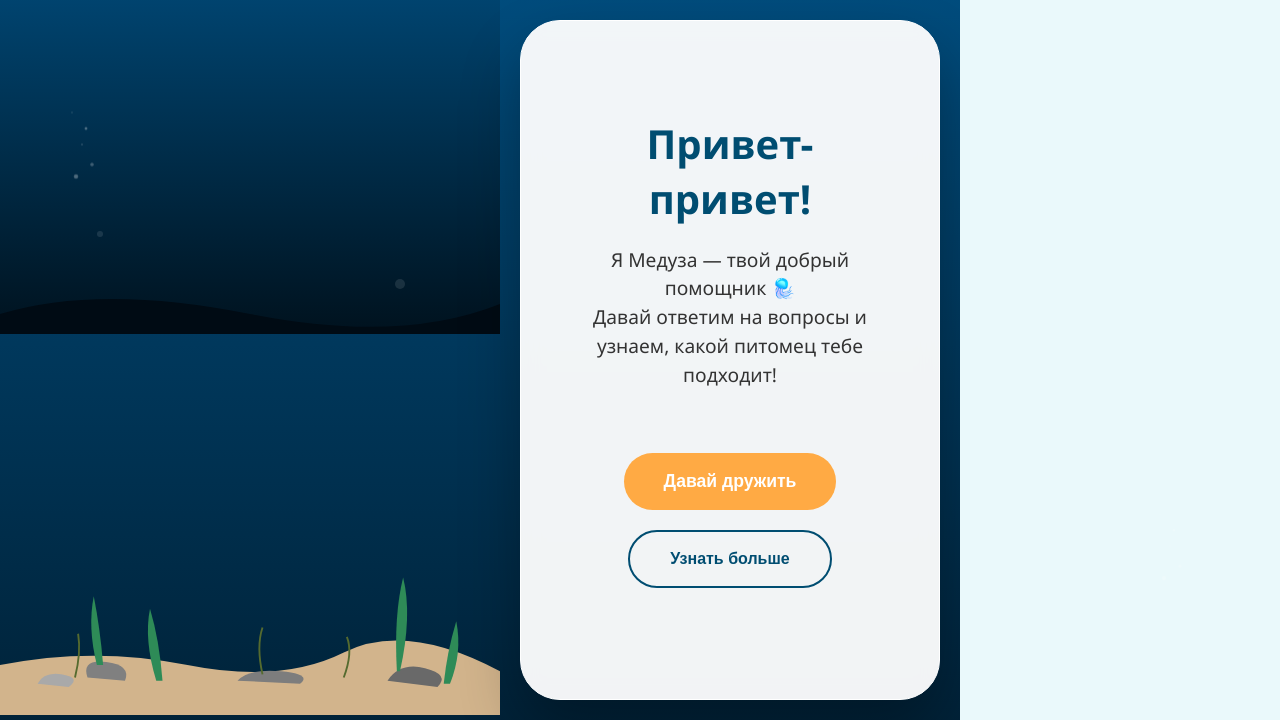
Repository: HOADF/kids-career-world
Page: index.html
An editor plug-in stored every save of this project. The page is shown before and after the next save, followed by the edit.
The browser window is 1280 px wide. The pictures show the whole page.

Above is the page before, as saved 2026-03-13 19:47:33.

### index.html
<!doctype html>
<html lang="ru">
<head>
  <meta charset="utf-8" />
  <meta name="viewport" content="width=device-width,initial-scale=1" />
  <title>Kids Career World</title>
  <link rel="stylesheet" href="style.css">
  <link rel="stylesheet" href="animations.css">
  <script type="module" src="script.js"></script>
</head>
<body>

  <div class="ocean-frame" aria-hidden="true">
    <img src="backgrounds/ocean.svg" class="layer-bg">
    <img src="backgrounds/ocean_floor.svg" class="layer-floor">

    <img src="pets/jellyfish.svg" class="jelly-svg" id="main-pet-image">

    <img src="fx/bubbles.svg" class="bubble-stream stream-1">
    <img src="fx/bubbles.svg" class="bubble-stream stream-2">
  </div>

  <main class="page-root">

    <section id="welcome-card" class="welcome-card">
      <h1>Привет-привет!</h1>
      <p class="lead">
        Я Медуза — твой добрый помощник 🪼<br>
        Давай ответим на вопросы и узнаем, какой питомец тебе подходит!
      </p>
      <div class="controls" style="display: flex; gap: 20px; justify-content: center; margin-top: 40px;">
        <button id="start-quiz" class="btn-primary">Давай дружить</button>
        <button id="learn-more" class="btn-ghost">Узнать больше</button>
      </div>
    </section>

    <section id="questions-section" class="questions-card hidden">
      <div id="progress">Вопрос <span id="q-index">1</span> из <span id="q-total">5</span></div>
      <h2 id="question-title" style="margin: 30px 0;">Загрузка...</h2>
      <div id="answers" style="display: grid; gap: 15px;"></div>
      <button id="btn-back" class="btn-ghost" style="margin-top: 30px;">◀ Назад</button>
    </section>

  </main>

</body>
</html>

### style.css
/* Главный файл стилей — "Оглавление" */
@import url('base.css');
@import url('components.css');
@import url('animations.css');
@import url('games-list.css');

### animations.css
/* ОБЩИЙ ФОН ДЛЯ ВСЕГО САЙТА */
body {
  margin: 0;
  padding: 0;
  width: 100vw;
  height: 100vh;
  overflow: hidden; /* Чтобы не было полос прокрутки */
  font-family: 'Segoe UI', sans-serif;

  /* Ставим картинку океана фоном всего документа */
  background: url('backgrounds/ocean.svg') no-repeat center center fixed;
  background-size: cover;
  display: flex;
  justify-content: center;
  align-items: center;
}

/* ДНО ОКЕАНА (фиксируем снизу) */
.ocean-floor-global {
  position: fixed;
  bottom: 0;
  left: 0;
  width: 100%;
  height: auto;
  pointer-events: none;
  z-index: 1;
}

/* МЕДУЗА (плавает за карточкой) */
.jelly-global {
  position: fixed;
  left: 10%;
  top: 20%;
  width: 200px;
  z-index: 2;
  animation: petFloat 6s ease-in-out infinite;
}

@keyframes petFloat {
  0%, 100% { transform: translateY(0) rotate(-2deg); }
  50% { transform: translateY(-30px) rotate(2deg); }
}

/* ПУЗЫРЬКИ (на весь экран) */
.bubble-stream {
  position: fixed;
  bottom: -100px;
  width: 40px;
  opacity: 0.4;
  z-index: 3;
}
.stream-1 { left: 5%; animation: rise 10s infinite; }
.stream-2 { left: 90%; animation: rise 15s infinite 2s; }

@keyframes rise {
  0% { transform: translateY(0); opacity: 0; }
  50% { opacity: 0.6; }
  100% { transform: translateY(-110vh); opacity: 0; }
}

/* СТЕКЛЯННАЯ КАРТОЧКА */
.page-root {
  position: relative;
  z-index: 10; /* Карточка всегда поверх фона */
  width: 100%;
  max-width: 600px;
  padding: 20px;
}

.welcome-card, .questions-card, .result-card {
  background: rgba(255, 255, 255, 0.95); /* Почти белая, но чуть прозрачная */
  backdrop-filter: blur(10px);
  border-radius: 40px;
  padding: 50px;
  text-align: center;
  box-shadow: 0 30px 60px rgba(0,0,0,0.3);
  border: 1px solid white;
}

h1 { color: #004d71; font-size: 2.5rem; margin: 0 0 20px; }
.lead { color: #333; font-size: 1.2rem; line-height: 1.5; }

.btn-primary {
  background: #ffaa44;
  color: white;
  border: none;
  padding: 18px 40px;
  border-radius: 50px;
  font-weight: bold;
  cursor: pointer;
  font-size: 1.1rem;
}

.btn-ghost {
  background: transparent;
  color: #004d71;
  border: 2px solid #004d71;
  padding: 18px 40px;
  border-radius: 50px;
  font-weight: bold;
}

.hidden { display: none !important; }

### script.js
import { petAssets } from './config.js';
import { QuizManager } from './quiz.js';

document.addEventListener('DOMContentLoaded', () => {
    const quiz = new QuizManager();

    // Элементы интерфейса
    const welcomeCard = document.getElementById('welcome-card');
    const questionsSection = document.getElementById('questions-section');
    const resultSection = document.getElementById('result-section');
    const petRoom = document.getElementById('pet-room');

    // Кнопки
    const startBtn = document.getElementById('start-quiz');
    const btnRestart = document.getElementById('restart');
    const btnContinue = document.getElementById('continue');
    const btnBack = document.getElementById('btn-back');

    // Поля теста
    const qTitle = document.getElementById('question-title');
    const qAnswers = document.getElementById('answers');
    const qIndexEl = document.getElementById('q-index');
    const qTotalEl = document.getElementById('q-total');

    // Поля результата
    const resultPet = document.getElementById('result-pet');
    const resultGames = document.getElementById('result-games');
    const resultTitle = document.getElementById('result-title');

    // Слои мира (динамический фон)
    const bgImg = document.getElementById('bg-img');
    const floorImg = document.getElementById('floor-img');
    const mainPetImg = document.getElementById('pet-img');

    // 1. ПРОВЕРКА ВХОДА
    if (localStorage.getItem('childName') && petRoom) {
        welcomeCard?.classList.add('hidden');
        petRoom.classList.remove('hidden');
    }

    // 2. СБОРКА SVG ПИТОМЦА
    function assemblePet(type, markType = 'heart') {
        const body = petAssets.bodies[type] || petAssets.bodies['artist'];
        const mark = petAssets.marks[markType] || "";
        return `
        <svg viewBox="0 0 200 200" style="width:100%; height:100%;">
          ${body}
          <g class="accessory-layer">${mark}</g>
        </svg>`;
    }

    // 3. ОБНОВЛЕНИЕ ВИЗУАЛА МИРА
    function updateWorld(worldData, petType) {
        if (!worldData) return;

        // Плавная смена через прозрачность (если добавить transition в CSS)
        if (bgImg) bgImg.src = worldData.bg;
        if (floorImg) floorImg.src = worldData.floor;

        // Меняем главного персонажа на фоне
        if (mainPetImg) {
            mainPetImg.src = `pets/${petType}.svg`;
            // Если используешь SVG сборку для фона:
            // mainPetImg.parentElement.innerHTML = assemblePet(petType);
        }
    }

    // 4. ОТОБРАЖЕНИЕ ВОПРОСА
    function renderQuestion() {
        const q = quiz.getCurrentQuestion();
        const progress = quiz.getProgress();

        qIndexEl.textContent = progress.current;
        qTotalEl.textContent = progress.total;
        qTitle.textContent = q.text;
        qAnswers.innerHTML = '';

        q.answers.forEach(ans => {
            const btn = document.createElement('button');
            btn.className = 'answer-btn btn-primary'; // Используем наши новые стили
            btn.style.margin = "5px";
            btn.textContent = ans.text;

            btn.onclick = () => {
                const step = quiz.nextQuestion(ans.type);
                if (step.finished) {
                    showResult(step.result);
                } else {
                    renderQuestion();
                }
            };
            qAnswers.appendChild(btn);
        });

        if (btnBack) btnBack.disabled = progress.current === 1;
    }

    function showResult(result) {
        questionsSection.classList.add('hidden');
        resultSection.classList.remove('hidden');

        // Меняем фон и персонажа под результат
        updateWorld(result.data.world, result.type);

        resultTitle.textContent = `Твой друг: ${result.data.pet}`;
        resultPet.innerHTML = assemblePet(result.type, 'heart');
        resultGames.textContent = result.data.games;
    }

    // 5. СОБЫТИЯ
    startBtn?.addEventListener('click', () => {
        welcomeCard.classList.add('hidden');
        questionsSection.classList.remove('hidden');
        renderQuestion();
    });

    btnBack?.addEventListener('click', () => {
        if (quiz.prevQuestion()) renderQuestion();
    });

    btnRestart?.addEventListener('click', () => {
        quiz.reset();
        resultSection.classList.add('hidden');
        welcomeCard.classList.remove('hidden');
        // Возвращаем стандартный фон океана
        if (bgImg) bgImg.src = 'backgrounds/ocean.svg';
        if (floorImg) floorImg.src = 'backgrounds/ocean_floor.svg';
    });

    btnContinue?.addEventListener('click', () => {
        localStorage.setItem('childName', 'Друг');
        location.reload();
    });
});

### base.css
/* ---------- Базовые стили ---------- */
:root {
  --color-bg: #eaf9fb;
  --color-accent: #ffb44a;
  --color-text: #023436;
  --color-subtle: #0b6b6f;
  --color-white: #ffffff;
  --transition-fast: 0.3s ease;
  --transition-slow: 0.6s ease;
}

* {
  box-sizing: border-box;
  margin: 0;
  padding: 0;
}

html, body {
  width: 100%;
  height: 100%;
  font-family: system-ui, "Segoe UI", Roboto, sans-serif;
  color: var(--color-text);
  background-color: var(--color-bg);
  overflow-x: hidden;
}

.hidden {
  display: none !important;
}

.background-decor {
  position: fixed;
  top: 0;
  left: 0;
  width: 100%;
  height: 100%;
  background: linear-gradient(180deg, #eaf9fb 0%, #f8ffff 100%);
  z-index: -1;
}

.page-root {
  display: flex;
  flex-direction: column;
  align-items: center;
  justify-content: center;
  padding: 2rem;
  min-height: 100vh;
}

/* 📱 АДАПТИВНОСТЬ ПОД УСТРОЙСТВА */
@media (max-width: 700px) {
  .welcome-card { padding: 1.5rem; }
  .welcome-inner { flex-direction: column; text-align: center; }
  .controls { justify-content: center; }
}

@media (max-width: 480px) {
  body { font-size: 14px; padding: 0.5rem; }
  .welcome-card, .questions-card, .result-card { padding: 1rem; border-radius: 1rem; }
  .welcome-card h1 { font-size: 1.4rem; line-height: 1.4; }
  .welcome-text p { font-size: 0.95rem; }
  .controls { flex-direction: column; gap: 0.75rem; }
  button { width: 100%; font-size: 1rem; padding: 0.8rem; }
  .pet-visual { width: 120px; height: 120px; }
}

@media (min-width: 481px) and (max-width: 768px) {
  body { font-size: 16px; padding: 1rem; }
  .welcome-card, .questions-card, .result-card { padding: 1.5rem; }
  .welcome-card h1 { font-size: 1.8rem; }
  .welcome-text p { font-size: 1rem; }
  button { font-size: 1rem; padding: 0.9rem 1.2rem; }
  .pet-visual { width: 150px; height: 150px; }
}

@media (min-width: 769px) and (max-width: 1200px) {
  body { font-size: 18px; padding: 1.5rem; }
  .welcome-card, .questions-card, .result-card { padding: 2rem; }
  .welcome-card h1 { font-size: 2rem; }
  .pet-visual { width: 180px; height: 180px; }
}

@media (min-width: 1201px) {
  body { font-size: 20px; max-width: 960px; margin: 0 auto; }
  .welcome-card, .questions-card, .result-card { border-radius: 2rem; }
  .pet-visual { width: 200px; height: 200px; }
}

### components.css
/* ---------- Карточки и Кнопки ---------- */
.welcome-card,
.questions-card,
.result-card {
  background: var(--color-white);
  border-radius: 24px;
  box-shadow: 0 6px 20px rgba(0, 0, 0, 0.08);
  max-width: 900px;
  width: 100%;
  padding: 2rem 3rem;
  display: flex;
  flex-direction: column;
  justify-content: center;
  animation: fadeIn var(--transition-slow);
}

.welcome-inner { display: flex; align-items: center; gap: 2rem; flex-wrap: wrap; justify-content: center; }
.welcome-text { flex: 1 1 400px; text-align: left; }

h1, h2 { font-weight: 700; color: var(--color-subtle); margin-bottom: 1rem; }
.lead { font-size: 1.1rem; line-height: 1.6; margin-bottom: 1.5rem; }

.controls { display: flex; gap: 1rem; flex-wrap: wrap; margin-bottom: 1rem; }

.btn-primary, .btn-ghost {
  font-size: 1rem; border-radius: 12px; padding: 0.8rem 1.6rem;
  cursor: pointer; transition: all var(--transition-fast); border: none;
}
.btn-primary { background: var(--color-accent); color: var(--color-white); }
.btn-primary:hover { background: #ff9f1a; transform: translateY(-2px); }
.btn-ghost { background: transparent; color: var(--color-subtle); border: 2px solid var(--color-subtle); }
.btn-ghost:hover { background: var(--color-subtle); color: var(--white); transform: translateY(-2px); }

.small { padding: 0.5rem 1rem; font-size: 0.9rem; }
.meta-note { font-size: 0.9rem; color: #555; opacity: 0.8; }

/* ---------- Опрос и Результат ---------- */
.questions-inner, .result-inner { display: flex; flex-direction: column; align-items: center; gap: 1rem; }
.progress { font-size: 0.95rem; color: #666; }
.question-title { font-size: 1.2rem; text-align: center; margin-bottom: 1rem; }

.answers { display: flex; flex-direction: column; gap: 0.8rem; width: 100%; max-width: 600px; }
.answers button {
  background: var(--color-bg); border: 2px solid transparent; border-radius: 12px;
  padding: 0.8rem 1.2rem; text-align: left; transition: all var(--transition-fast); font-size: 1rem;
}
.answers button:hover { border-color: var(--color-accent); background: #fff8f0; transform: translateY(-1px); }
.answers button.selected { border-color: var(--color-accent); background: #fff1de; }

.nav-row, .result-controls { display: flex; justify-content: space-between; width: 100%; max-width: 600px; margin-top: 1rem; }
.result-pet { margin-top: 1rem; font-size: 1.1rem; }
.result-games { font-size: 1rem; color: #333; }

### games-list.css
.games-container {
  display: flex;
  flex-wrap: wrap;
  gap: 16px;
  justify-content: center;
}

.game-card {
  width: 220px;
  background: #fff;
  border-radius: 14px;
  padding: 12px;
  box-shadow: 0 6px 14px rgba(0,0,0,0.1);
  text-align: center;
}

.game-card img {
  width: 100%;
  border-radius: 10px;
}

.play-btn {
  display: inline-block;
  margin-top: 8px;
  background: #4fc3f7;
  color: #fff;
  padding: 8px 12px;
  border-radius: 8px;
  text-decoration: none;
  font-weight: bold;
}

.play-btn:hover {
  transform: translateY(-2px);
}

.level {
  color: #555;
  font-size: 14px;
  margin-top: 4px;
}

.main-layout {
  display: flex;
  justify-content: space-between;
  align-items: flex-start;
  gap: 32px;
  max-width: 1200px;
  margin: 0 auto;
  padding: 20px;
}

.welcome-card {
  flex: 1 1 50%;
  min-width: 400px;
}

.games-panel {
  flex: 1 1 50%;
  min-width: 400px;
}

.games-container {
  display: flex;
  flex-wrap: wrap;
  gap: 16px;
  justify-content: center;
}

.game-card {
  width: 200px;
  background: #fff;
  border-radius: 14px;
  padding: 12px;
  box-shadow: 0 6px 14px rgba(0,0,0,0.1);
  text-align: center;
}

### quiz.js
import { questions, results } from './config.js';

export class QuizManager {
    constructor() {
        this.currentQuestion = 0;
        this.answersGiven = [];
    }

    getCurrentQuestion() {
        return questions[this.currentQuestion];
    }

    nextQuestion(answerType) {
        this.answersGiven[this.currentQuestion] = answerType;
        if (this.currentQuestion < questions.length - 1) {
            this.currentQuestion++;
            return { finished: false };
        }
        return { finished: true, result: this.calculateResult() };
    }

    prevQuestion() {
        if (this.currentQuestion > 0) {
            this.currentQuestion--;
            return true;
        }
        return false;
    }

    calculateResult() {
        const counts = {};
        this.answersGiven.forEach(t => counts[t] = (counts[t] || 0) + 1);
        const topType = Object.keys(counts).reduce((a, b) => counts[a] > counts[b] ? a : b);
        return { type: topType, data: results[topType] };
    }

    reset() {
        this.currentQuestion = 0;
        this.answersGiven = [];
    }

    getProgress() {
        return {
            current: this.currentQuestion + 1,
            total: questions.length
        };
    }
}

Loaded but not shown: pets/jellyfish.svg (23 lines, source omitted); backgrounds/ocean_floor.svg (30 lines, source omitted); backgrounds/ocean.svg (17 lines, source omitted); fx/bubbles.svg (10 lines, source omitted); config.js (176 lines, source omitted)

After the next save:
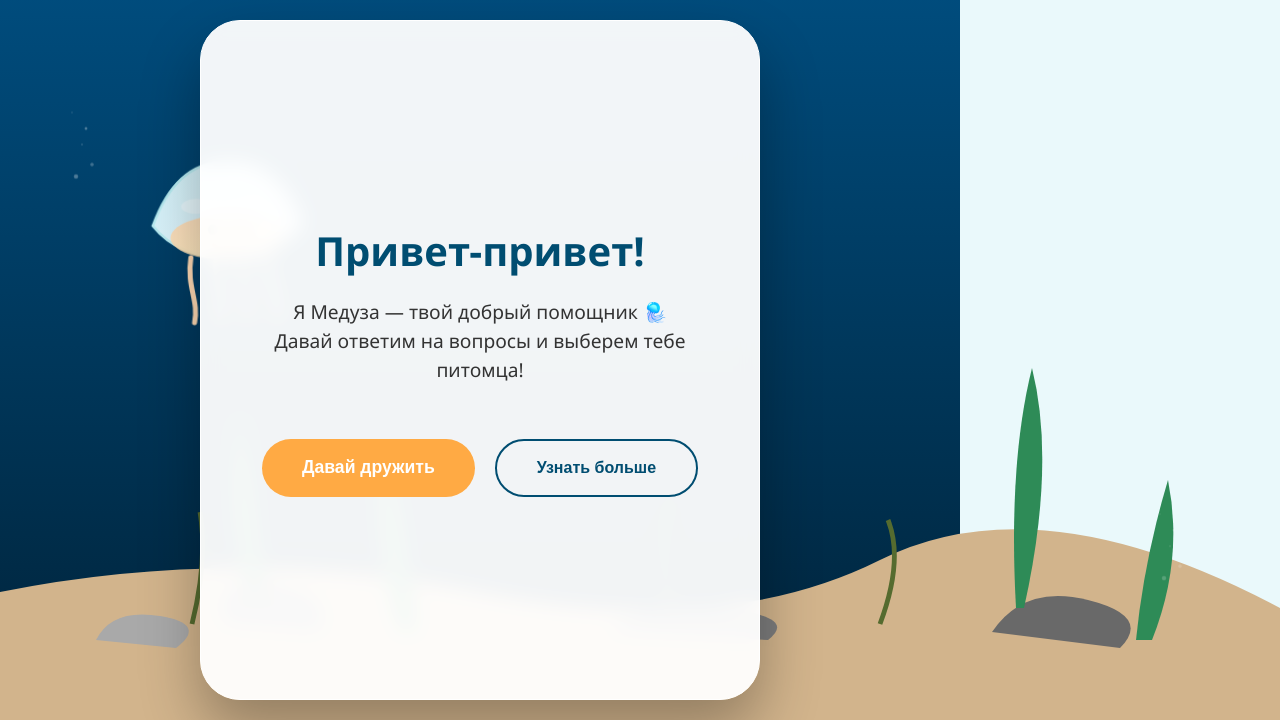
Saved 13 s later.
--- a/index.html
+++ b/index.html
@@ -10,15 +10,10 @@
 </head>
 <body>
 
-  <div class="ocean-frame" aria-hidden="true">
-    <img src="backgrounds/ocean.svg" class="layer-bg">
-    <img src="backgrounds/ocean_floor.svg" class="layer-floor">
-
-    <img src="pets/jellyfish.svg" class="jelly-svg" id="main-pet-image">
-
-    <img src="fx/bubbles.svg" class="bubble-stream stream-1">
-    <img src="fx/bubbles.svg" class="bubble-stream stream-2">
-  </div>
+  <img src="backgrounds/ocean_floor.svg" class="ocean-floor-global">
+  <img src="pets/jellyfish.svg" class="jelly-global" id="main-pet-image">
+  <img src="fx/bubbles.svg" class="bubble-stream stream-1">
+  <img src="fx/bubbles.svg" class="bubble-stream stream-2">
 
   <main class="page-root">
 
@@ -26,9 +21,9 @@
       <h1>Привет-привет!</h1>
       <p class="lead">
         Я Медуза — твой добрый помощник 🪼<br>
-        Давай ответим на вопросы и узнаем, какой питомец тебе подходит!
+        Давай ответим на вопросы и выберем тебе питомца!
       </p>
-      <div class="controls" style="display: flex; gap: 20px; justify-content: center; margin-top: 40px;">
+      <div style="display: flex; gap: 20px; justify-content: center; margin-top: 30px;">
         <button id="start-quiz" class="btn-primary">Давай дружить</button>
         <button id="learn-more" class="btn-ghost">Узнать больше</button>
       </div>
@@ -36,9 +31,9 @@
 
     <section id="questions-section" class="questions-card hidden">
       <div id="progress">Вопрос <span id="q-index">1</span> из <span id="q-total">5</span></div>
-      <h2 id="question-title" style="margin: 30px 0;">Загрузка...</h2>
+      <h2 id="question-title" style="margin: 20px 0;">Загрузка...</h2>
       <div id="answers" style="display: grid; gap: 15px;"></div>
-      <button id="btn-back" class="btn-ghost" style="margin-top: 30px;">◀ Назад</button>
+      <button id="btn-back" class="btn-ghost" style="margin-top: 20px;">◀ Назад</button>
     </section>
 
   </main>
